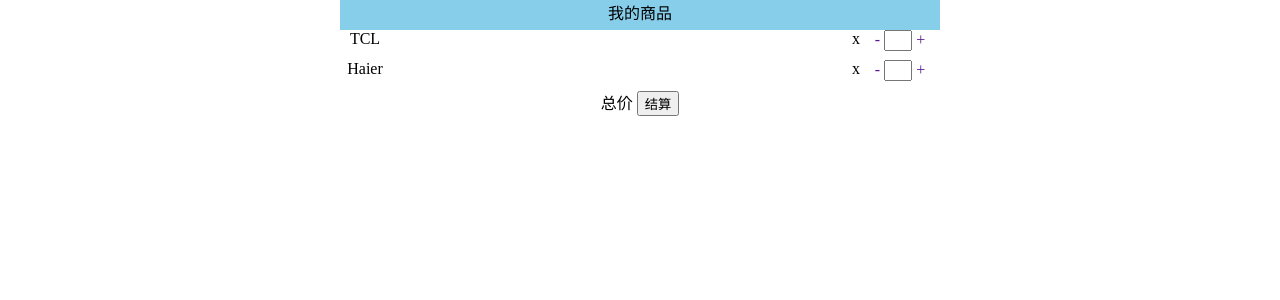
Repository: R1Deemo/Vue
Page: 10购物车.html
These files come from the project's save history. The page is drawn as it stood at one moment and after the next save; the edit follows.
The browser window is 1280 px wide. The pictures show the whole page.

Above is the page before, as saved 2022-11-14 15:29:46.

After the next save:
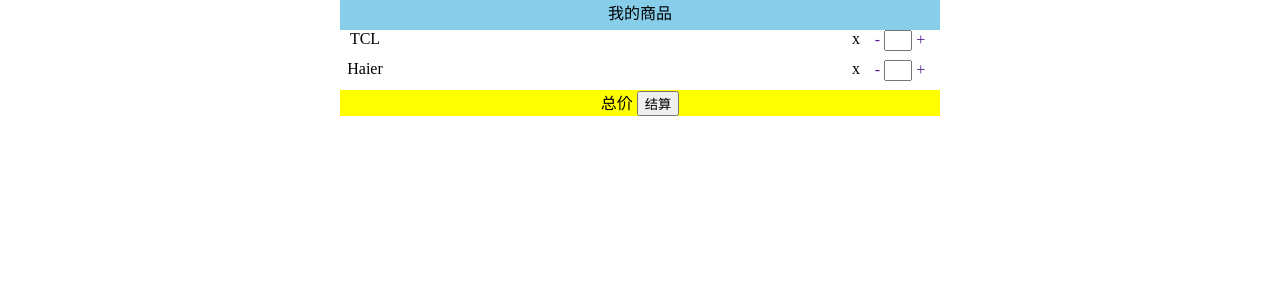
Saved 36 s later.
--- a/css/购物车.css
+++ b/css/购物车.css
@@ -45,3 +45,7 @@
 .item {
     height: 30px;
 }
+
+.total {
+    background-color: yellow;
+}
